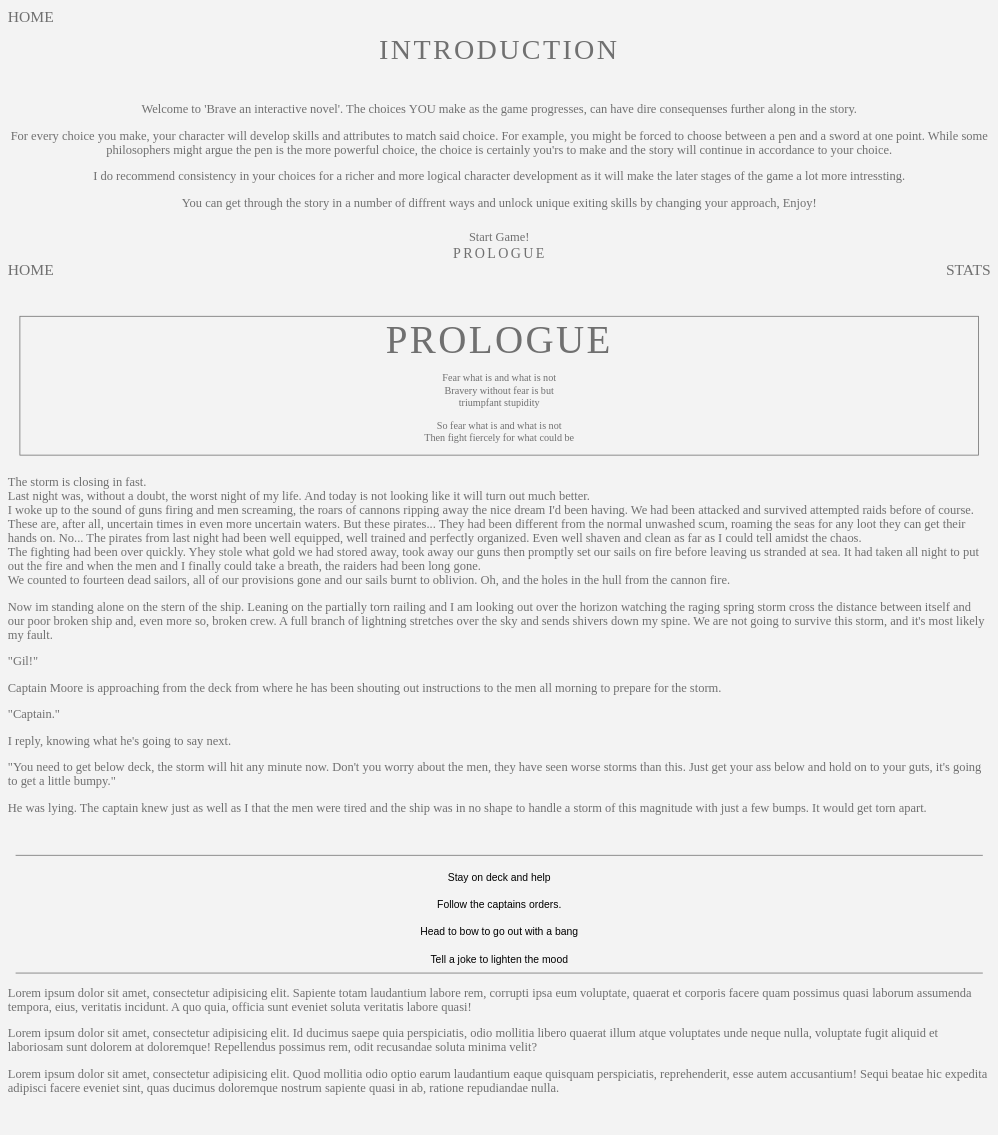
Repository: Pontushol/Brave-An-Interactive-Novel
Page: intro.html
The author's editor kept a record of every edit. The page is drawn from the files as they stood at one moment, then again after the next edit.
The browser window is 1280 px wide. The pictures show the whole page, at 78% of full size.
Some web libraries are served in a nearby version.

Above is the page before.

### intro.html
<!DOCTYPE html>
<html lang="en">

<head>
    <meta charset="UTF-8">
    <meta name="viewport" content="width=device-width, initial-scale=1.0">
    <meta http-equiv="X-UA-Compatible" content="ie=edge">
    <script src="https://kit.fontawesome.com/733f13d437.js"></script>

    <link rel="stylesheet" href="assets/css/main.css" type="text/css" />
    <title>Brave - An Interactive Novel</title>
</head>

<body>
    <nav id="intro-nav">
        <a href="home.html">HOME</a>
    </nav>
    <header>
        <h1 id="intro-header">
            Introduction
        </h1>
    </header>

    <main class="content-container">
        <p>

            Welcome to 'Brave an interactive novel'. The choices YOU make as the game progresses, can have dire consequenses further along in the story. </p>
        <p></p>
        For every choice you make, your character will develop skills and attributes to match said choice. For example, you might be forced to choose between a pen and a sword at one point. While some philosophers might argue the pen is the more powerful choice,
        the choice is certainly you'rs to make and the story will continue in accordance to your choice.
        </p>
        <p>
            I do recommend consistency in your choices for a richer and more logical character development as it will make the later stages of the game a lot more intressting.
        </p>
        <p>
            You can get through the story in a number of diffrent ways and unlock unique exiting skills by changing your approach, Enjoy! <!--so please do use the save function and try out some diffrent paths!-->
        </p>
    </main>

    <div class="btn-container">
    <a href="content/page-1.html">Start Game!</a>
        </div>


        <section class="prologue">
            <nav class="ig-navbar">
        <a href="home.html">HOME</a>
        <h2>Prologue</h2>
        <p id="modal-btn">STATS</p>

        <div id="stats-modal" class="modal">
            <div class="modal-content">
                 <div class="modal-header">
                <span class="close-btn">&times;</span>
                <h2>Stats / Bio</h2>
                </div>
                <div class="modal-body">
                    <p>Hello World</p>
                </div>
            </div>
        </div>
    </nav>
    <header class="chapter-header">
        <h1>
            PROLOGUE
        </h1>
        <p>
            Fear what is and what is not<br> Bravery without fear is but<br> triumpfant stupidity<br>
        </p>
        <p>So fear what is and what is not<br> Then fight fiercely for what could be
        </p>
    </header>

    <section class="text-section">
        <p>The storm is closing in fast.<br> Last night was, without a doubt, the worst night of my life. And today is not looking like it will turn out much better. <br> I woke up to the sound of guns firing and men screaming, the roars of cannons ripping away
            the nice dream I'd been having. We had been attacked and survived attempted raids before of course. These are, after all, uncertain times in even more uncertain waters. But these pirates... They had been different from the normal unwashed scum,
            roaming the seas for any loot they can get their hands on. No... The pirates from last night had been well equipped, well trained and perfectly organized. Even well shaven and clean as far as I could tell amidst the chaos.<br> The fighting had been over quickly.
            Yhey stole what gold we had stored away, took away our guns then promptly set our sails on fire before leaving us stranded at sea. It had taken all night to put out the fire and when the men and I finally could take a breath, the raiders had been long
            gone.
            <br> We counted to fourteen dead sailors, all of our provisions gone and our sails burnt to oblivion. Oh, and the holes in the hull from the cannon fire.</p>

        <p>Now im standing alone on the stern of the ship. Leaning on the partially torn railing and I am looking out over the horizon watching the raging spring storm cross the distance between itself and our poor broken ship and, even more so, broken crew.
            A full branch of lightning stretches over the sky and sends shivers down my spine. We are not going to survive this storm, and it's most likely my fault. </p>

        <p>"Gil!"</p>

        <p>Captain Moore is approaching from the deck from where he has been shouting out instructions to the men all morning to prepare for the storm.
        </p>
        <p>"Captain."</p>
        <p>I reply, knowing what he's going to say next.
        </p>
        <p> "You need to get below deck, the storm will hit any minute now. Don't you worry about the men, they have seen worse storms than this. Just get your ass below and hold on to your guts, it's going to get a little bumpy."
        </p>
        <p>He was lying. The captain knew just as well as I that the men were tired and the ship was in no shape to handle a storm of this magnitude with just a few bumps. It would get torn apart.
        </p>


    </section>
    <section class="choice-section-1 text-section" id>
        <div class="choice-display choice-display-1">
            <button class="choice-btn btn-1 str-btn" type="button" href="#">
            Stay on deck and help
        </button>
            <button class="choice-btn btn-2 null-btn" type="button" href="#">
            Follow the captains orders.
        </button>
            <button class="choice-btn btn-3 null-btn" type="button" href="#">
            Head to bow to go out with a bang
        </button>
            <button class="choice-btn btn-4 wit-btn" type="button" href="#">
            Tell a joke to lighten the mood
        </button>
        </div>



        <div class="choice-1 choice-hidden">
            <p> "Captain, Just because I'm royal, that does not mean I'm stupid." I say with a small smile "I know just as well as you that we are less than probable to reach Entagrim alive. I mean, it was a fools' hope to begin with, don't you think? The
                fact that we got this far is a small miracle in itself. So I refuse to follow your orders, Mr. Moore. I will stay up here and help as best I can and if the gods are with us maybe we can get out of this mess. But I will not sit below deck
                like a child waiting for his punishment."
            </p>
            <p>Something flashed in the captains eyes<br> "Very well. Then tie yourself to the mast like the rest of the men, half of the railing is gone and we dont want you falling over board at the first wave. After that you can man a starboard side oar,
                then start praying, boy." <br>It takes a certain kind of man to call a prince of the northern isles 'boy' and get away with hit with both hands, Captain Moore is such a man.
            </p>
            <p>On my way over to the mast, It's as if night suddenly falls. The almost black clouds of the storm cover the sky and in seconds the full force of the storm is over us.
            </p>

            <div class="choice-display choice-display-2">
                <button class="choice-btn btn-1" type="button" href="#">
            Man the oars without securing a rope
        </button>
                <button class="choice-btn btn-2" type="button" href="#">
            Rush to the mast to secure a rope
        </button>
            </div>
        </div>
        <div class="choice-2 null-choice">
            <p>
                Lorem ipsum dolor sit amet, consectetur adipisicing elit. Sapiente totam laudantium labore rem, corrupti ipsa eum voluptate, quaerat et corporis facere quam possimus quasi laborum assumenda tempora, eius, veritatis incidunt. A quo quia, officia sunt eveniet soluta veritatis labore quasi!
            </p>
            </div>
        <div class="choice-3 null-choice">
            <p>
                Lorem ipsum dolor sit amet, consectetur adipisicing elit. Id ducimus saepe quia perspiciatis, odio mollitia libero quaerat illum atque voluptates unde neque nulla, voluptate fugit aliquid et laboriosam sunt dolorem at doloremque! Repellendus possimus rem, odit recusandae soluta minima velit?
            </p>
        </div>
        <div class="choice-4 wit-choice">
            <p>
                Lorem ipsum dolor sit amet, consectetur adipisicing elit. Quod mollitia odio optio earum laudantium eaque quisquam perspiciatis, reprehenderit, esse autem accusantium! Sequi beatae hic expedita adipisci facere eveniet sint, quas ducimus doloremque nostrum sapiente quasi in ab, ratione repudiandae nulla.
            </p>
        </div>
    </section>


    <button class="choice-btn btn-1 hidden" id="agi-btn" type="button" href="#"></button>
    <button class="choice-btn btn-1 hidden" id="dex-btn" type="button" href="#"></button>
    <button class="choice-btn btn-1 hidden" id="int-btn" type="button" href="#"></button>
    <button class="choice-btn btn-1 hidden" id="prc-btn" type="button" href="#"></button>
        </section>





    <script src="https://code.jquery.com/jquery-3.2.1.js" integrity="sha256-DZAnKJ/6XZ9si04Hgrsxu/8s717jcIzLy3oi35EouyE=" crossorigin="anonymous"></script>
    <script src="scripts/script.js"></script>
</body>

</html>

### assets/css/main.css
/*--------------------General Styling--------------------*/

body {
    background-color: #F3F3F3;
    color: #707070;
    min-height: 100vh;
    font-family: Rockwell;
    margin: 0;
}

a {
    text-decoration: none;
    color: #707070;
}

header {
    text-align: center;
}

h1, h2, h3, h6 {
    font-family: Perpetua;
    font-weight: 100;
    text-transform: uppercase;
    letter-spacing: 3px;
    margin-bottom: 20px;
    margin-top: 0;
}

h1 {
    font-size: 60px;
}

h2 {
    font-size: 18px;
}

h3, h6 {
    margin: 0;
}

h6 {
    letter-spacing: 0;
}

ul {
    padding: 0;
}


.hidden {
    display: none;
}
/*-------------------Start Screen------------------------*/



#showcase-start {
    padding: 100px 70px;
}

#showcase-title {
    margin: 0;
}


#showcase-start h6 {
    margin-bottom: 100px;
}

/*-------------------Home Screen------------------------*/

header p {
    font-size: 13px;
}

#home-title {
    margin-bottom: 0;
}

#return-btn-index {
    display: flex;
    text-align: center;
    justify-content: flex-end;
    padding-top: 5px;
    /*display: none;*/
}

#return-btn-index button {
    width: 80px;
    border: none;
    text-decoration: none;
    background-color: #f3f3f3;
    font-family: Rockwell;
    color: #707070;
}

/*.push-down-75 {*/
/*    padding-top: 75px;*/
/*}*/

.btn-container {
    display: flex;
    flex-direction: column;
    align-items: center;

}



.home-btn {
    text-decoration: underline;
    padding: 10px;
}

.social-list {
    display: flex;
    list-style: none;
    justify-content: center;
}

.social-link {
    font-size: 2em;
    padding: 25px 15px;
}


/*-------------------------Intro Page-------------------*/
#intro-nav {
    padding: 10px;
    font-size: 20px;
}

#intro-header {
    font-size: 36px;
}

.content-container {
    text-align: center;
    padding: 10px;
}


/*-------------------------Content Pages-------------------*/


.chapter-header {
    margin: 25px;
    border: 1px solid #707070;
}

.chapter-header h1 {
    font-size: 50px;
    margin-bottom: 0;
}

.ig-navbar {
    display: flex;
    justify-content: space-between;
    padding: 2px 10px;
    font-size: 20px;
}

.ig-navbar h2 {
    align-self: flex-start;
}

.ig-navbar a {
    align-self: center;
}

.text-section {
    margin:10px;
    padding-bottom: 25px;


}



.choice-display {
    margin: 20px 0 30px 0;
}

.choice-display {
    display: flex;
    flex-direction: column;
    padding-top: 10px;
    margin: 0px 10px 5px 10px;
    border-top: 1px solid #707070;
    border-bottom: 1px solid #707070;
}

.choice-btn {
    border: 0;
    background: 0;
    margin: 10px;
    padding: 0;
}

.choice-hidden {
    display: none;
    border-top: 1px solid #707070;
}


/*----------------Modal---------------*/

.modal {
    display: none;
    position: fixed;
    z-index: 1;
    left: 0;
    top: 0;
    width: 100%;
    height: 100%;
    overflow: auto;
    background-color: rgba(0, 0, 0, 0.5);
}

.modal-content {
    background-color: #f4f4f4;
    margin: 10% auto;
    padding: 20px;
    width: 80%;
    box-shadow: 0 5px 8px 0 rgba(0,0,0,0.2), 0 7px 20px 0 rgba(0,0,0,0.17);;

    animation-name: modalopen;
    animation-duration: 1s;
}

.close-btn {
    color: #ccc;
    float: right;
    font-size: 30px;
}

.close-btn:hover, .close-btn:focus {
    color: #000;
    text-decoration: none;
    cursor: pointer;
}


@keyframes modalopen {
    from {opacity: 0;}
    to {opacity: 1;}
}



@media (min-width: 1025) {


/*------------------- Desktop Screen------------------------*/

#showcase-header {
    display: flex;
    justify-content: center;
    height: 100vh;
}

#showcase-start {
    border: 1px solid #707070;
    padding: 70px;
    align-self: center;
    -webkit-box-shadow: 1px 1px 7px 4px rgba(112, 112, 112, 1);
    -moz-box-shadow: 1px 1px 7px 4px rgba(112, 112, 112, 1);
    box-shadow: 1px 1px 7px 4px rgba(112, 112, 112, 1);
}

#showcase-title {
    margin: 0;
}

}

Loaded but not shown: scripts/script.js (no copy from this time; the picture is the same without it)

After the next edit:
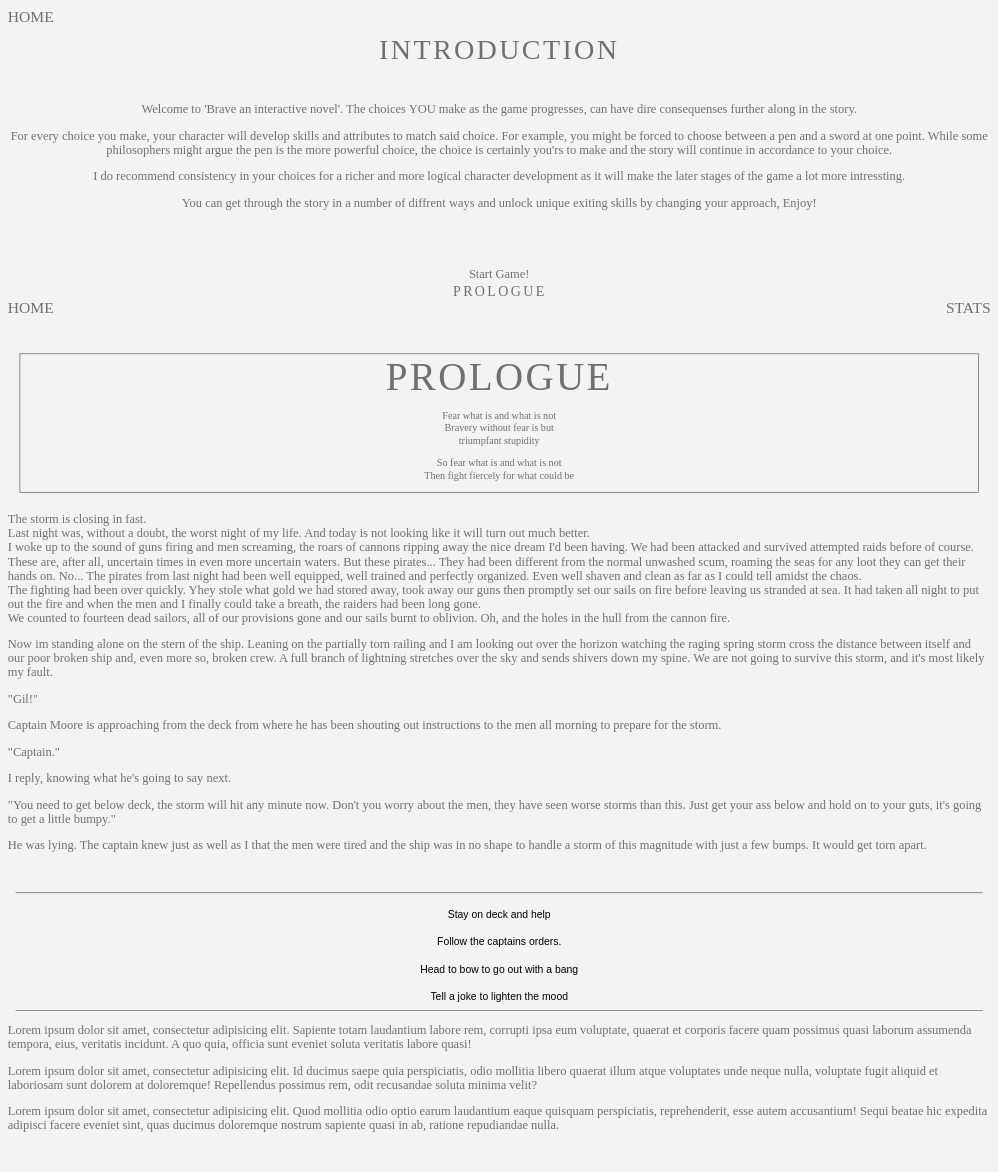
The edit:
--- a/assets/css/main.css
+++ b/assets/css/main.css
@@ -99,6 +99,7 @@
 /*}*/
 
 .btn-container {
+    margin-top: 3em;
     display: flex;
     flex-direction: column;
     align-items: center;
